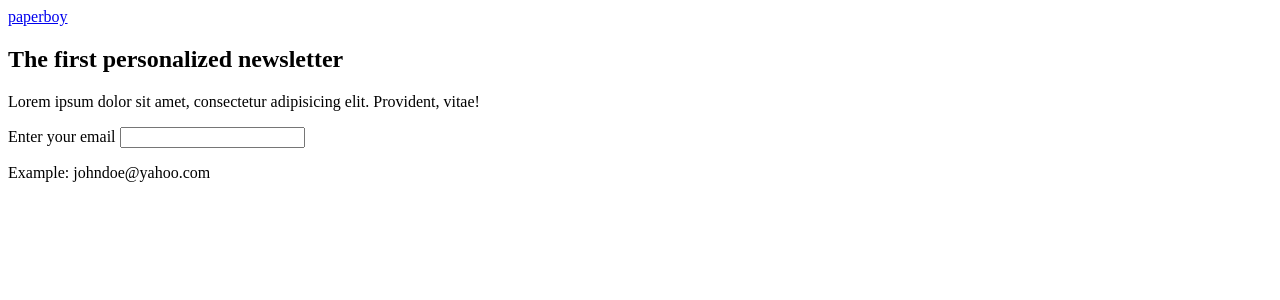
Repository: Gionnn/proiecte
Page: index.html
These files come from the project's save history. The page is drawn as it stood at one moment and after the next save; the edit follows.
The browser window is 1280 px wide. The pictures show the whole page.

Above is the page before, as saved 2022-11-28 10:48:31.

After the next save:
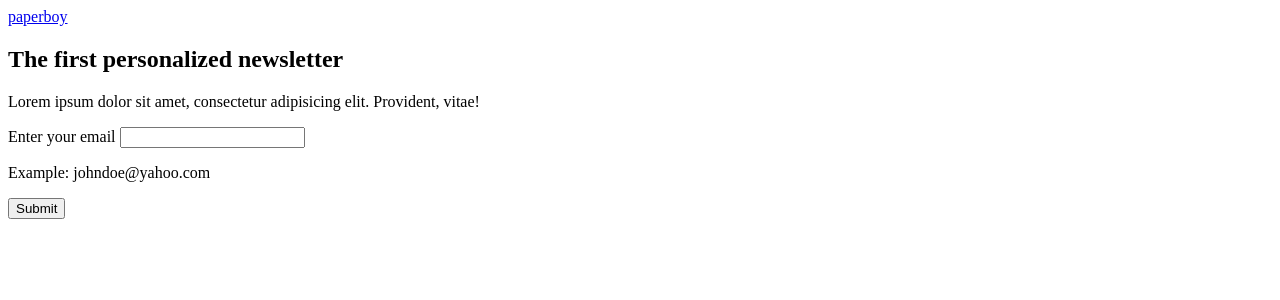
Saved 83 s later.
--- a/index.html
+++ b/index.html
@@ -25,6 +25,7 @@
             <label for="email">Enter your email</label>
             <input type="text" name="email" id="email" />
             <p>Example: johndoe@yahoo.com</p>
+            <input type="button" value="Submit" />
           </form>
         </div>
       </section>
